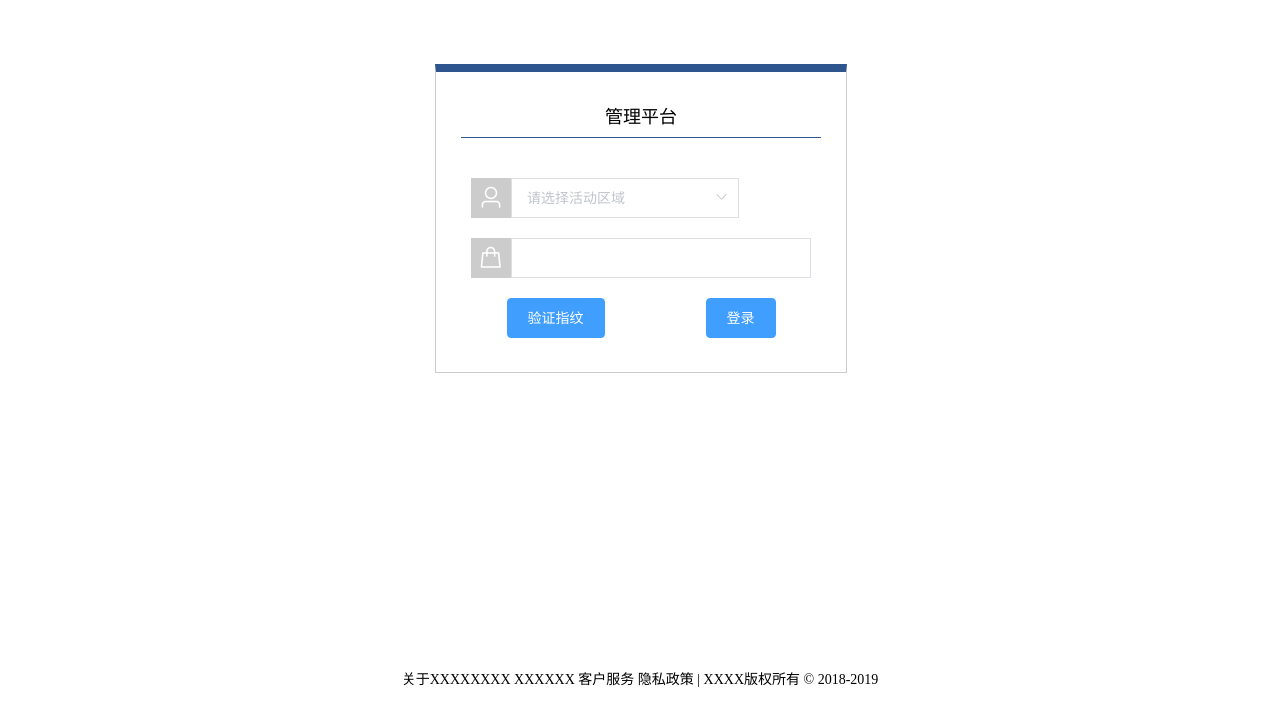
Repository: lff528/man_system
Page: /
An editor plug-in stored every save of this project. The page is shown before and after the next save, followed by the edit.
The browser window is 1280 px wide. The pictures show the whole page.
The project was rebuilt for these pictures with package versions that can differ from the ones it lists, and the page was loaded fresh each time.

Above is the page before, as saved 2020-01-03 13:41:54.

After the next save:
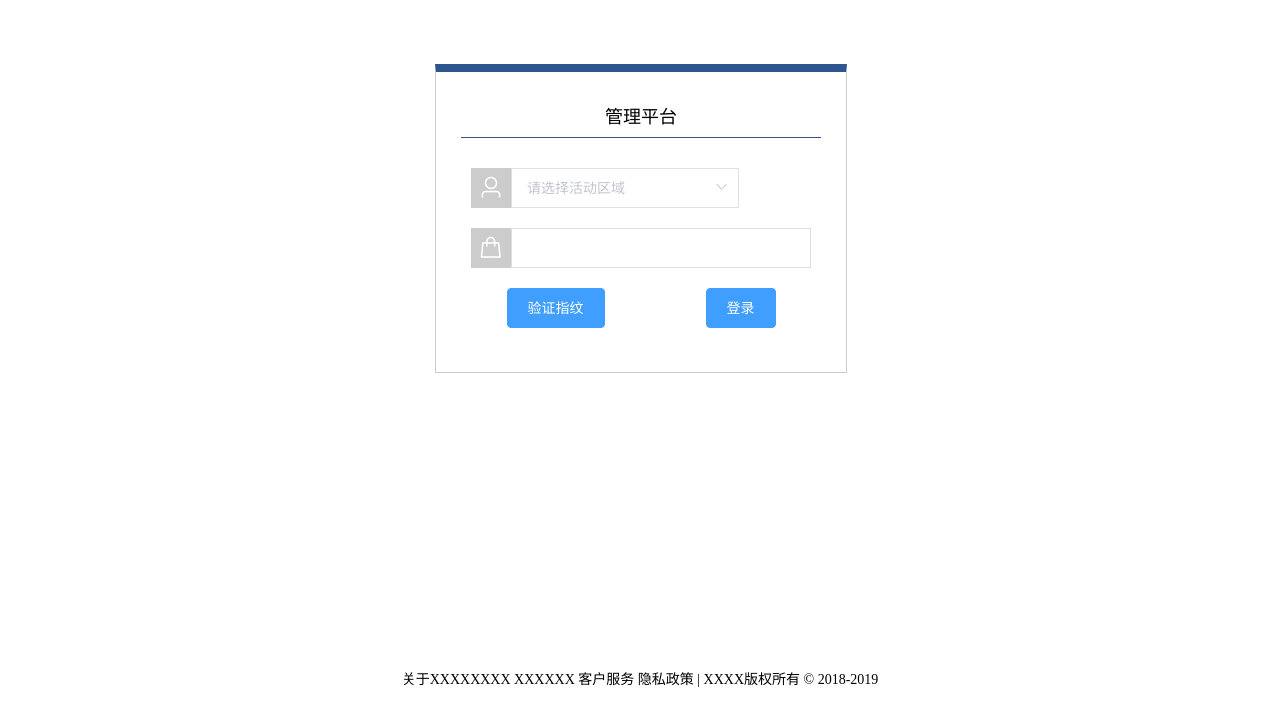
Saved 5 s later.
--- a/src/components/login/index.vue
+++ b/src/components/login/index.vue
@@ -100,7 +100,7 @@ export default {
 
             }
             p:first-child{
-              margin-top: 40px;
+              margin-top: 30px;
             }
             .user_p{
               margin-left: 10px;
